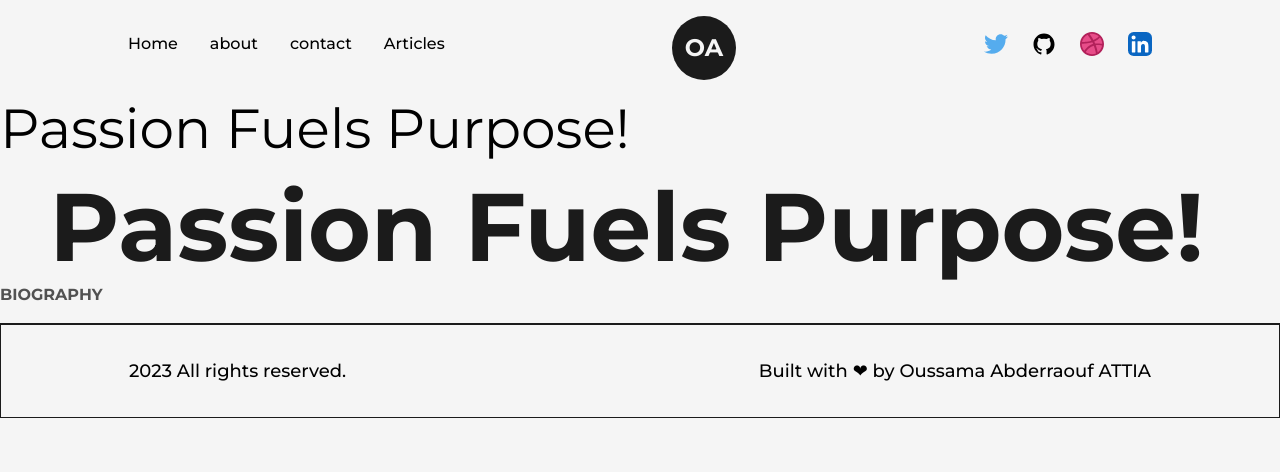
Repository: OussamaAbderraoufAttia/Next.js-Developer-Portfolio
Page: /About
These files come from the project's save history. The page is drawn as it stood at one moment and after the next save; the edit follows.
The browser window is 1280 px wide. The pictures show the whole page.
The project was rebuilt for these pictures with package versions that can differ from the ones it lists, and the page was loaded fresh each time. The framework's server and built-in components were replaced by stand-ins that run in the browser. Also part of the build but not shown: next.config.js.

Above is the page before, as saved 2023-06-27 16:44:09.

### src/pages/_app.js
import Footer from '@/components/Footer'
import NavBar from '@/components/NavBar'
import '@/styles/globals.css'
import { Montserrat } from 'next/font/google'
import Head from 'next/head'


const montserrat = Montserrat({
  subsets: ['latin'],
  variable: "--font-mont"
})
export default function App({ Component, pageProps }) {
  return (
    <>
    <Head>
      <meta name="viewport" content="width=device-width, initial-scale=1" />
      <link rel="icon" href="/favicon.ico" />
    </Head>
    <main className={`${montserrat.variable} font-mont bg-light w-full min-h-screen`}>
      <NavBar />
      <Component {...pageProps} />
      <Footer />
    </main>
    </>
  )
}

### src/pages/About.js
import React from 'react';
import Head from 'next/head';
import AnimatedText from '@/components/AnimatedText';
import Layout from '@/components/Layout';

const about = () => {
  return (
    <>
        <Head>
            <title>OA | About Page</title>
            <meta name='description' content='About Oussama Abderraouf ATTIA' />
        </Head>
        <main className='flex w-full flex-col item-center justify-center'>
            <Layout className='pt-16'>
                <h1 style={{
                    fontSize: '55px',
                }}>
                    Passion Fuels Purpose!
                </h1>
                <AnimatedText text='Passion Fuels Purpose!' />
                <div className='grid w-full grid-cols-8 gap-16'>
                    <div>
                        <h2 className='mb-4 text- font-bold uppercase text-dark/75'>
                            Biography
                        </h2>
                    </div>

                </div>
            </Layout>
        </main>
    </>
  )
}

export default about;

### src/components/Footer.js
import React from 'react';
import Link from 'next/link';
import Layout from './Layout';

const Footer = () => {
  return (
    <div>
      <footer className='w-full border-t-2 border border-solid  border-dark
      font-medium text-lg
      '>
        <Layout className=' py-8 flex items-center justify-between '>
        <span>
            2023 All rights reserved.
        </span>
        <div>
            <p  >
                Built with &#10084; by Oussama Abderraouf ATTIA
             </p>
        </div>

        </Layout>

      </footer>
    </div>
  )
}

export default Footer

### src/components/NavBar.js
import Link from "next/link";
import React from "react";
import { useRouter } from "next/router";
import Logo from "./Logo";
import   { TwitterIcon, DribbbleIcon, GithubIcon, LinkedInIcon, PinterestIcon } from "./Icons";
import { motion } from "framer-motion";

const CustomLink = ({ href, title, className="" }) => {
    const router = useRouter();
    return (
        <Link href={href} className= {`${className} relative group `}>
            {title }
            <span className={`h-[1px] inline-block bg-dark absolute left-0 bottom-0.5 group-hover:w-full
            transiion-[width] ease duration-300 ${router.asPath === href ? "w-full" : "w-0" }
            `}> &nbsp; </span>
        </Link>
    )
}


const NavBar = () => {
    return (
        <header className="w-full px-32 py-8 font-medium flex items-center justify-between">
            <nav>
                <CustomLink href="/"  title="Home" className="mr-4"/>
                <CustomLink href="/about" title="about" className="mx-4"/>
                <CustomLink href="/contact"  title="contact" className="mx-4"/>
                <CustomLink href="/Articles"  title="Articles" className="ml-4"/>
            </nav>

            <nav className="flex item-center justify-center flex-wrap">
                <motion.a href="https://twitter.com/oussamaattia245" target={"_blank"}
                whileHover={{ y:-5  }}
                whileTap={{ scale: 0.9 }}
                className="w-6 mx-3"
                >
                    <TwitterIcon />
                 </motion.a>
                <motion.a href="https://github.com/OussamaAbderraoufAttia" target={"_blank"}
                whileHover={{ y:-5  }} whileTap={{ scale: 0.9 }}
                className="w-6 mx-3"
                > <GithubIcon /> </motion.a>
                <motion.a href="https://dribbble.com/JohnLoyd" target={"_blank"}
                whileHover={{ y:-5  }} whileTap={{ scale: 0.9 }}
                className="w-6 mx-3"
                > <DribbbleIcon /> </motion.a>
                <motion.a href="https://www.linkedin.com/in/oussama-abderraouf-attia-494b32225/" target={"_blank"}
                whileHover={{ y:-5  }} whileTap={{ scale: 0.9 }}
                className="w-6 ml-3"
                > <LinkedInIcon /> </motion.a>

            </nav>
            <div className="absolute left-[50%] top-2    translate-x-[50%]">
                 <Logo />
            </div>
        </header>
    )
}

export default NavBar;

### src/components/AnimatedText.js
import React from 'react';
import { motion } from 'framer-motion';

const quote = {
    initial:{
        opacity:0,
    },
    animate:{
        opacity:1,
        transition:{
            delay:0.5,
            staggerChildren: 0.08,
        }
    }
}
const singleWord  = {
    initial:{
        opacity:0,
        y: 50,
    },
    animate:{
        opacity:1,
        y:0,
        transition:{
            duration: 1,
        }
    }
}
const AnimatedText = ({ text, className = "" }) => {
  return (
    <div className='w-full mx-auto py-2 flex items-center justify-center text-center overflow-hidden'>
      <motion.h1 className={`inline-block text-dark font-bold capitalize text-8xl ${className}`}
      variants={quote}
      inherit='initial'
      animate='animate'
      >
        {text.split(" ").map((word, index) =>
          <span key={word + '-' + index} className='inline-block '
          variants={singleWord}
            inherit='initial'
            animate='animate'
          >
            {word}&nbsp;
          </span>
        )}
      </motion.h1>
    </div>
  );
};

export default AnimatedText;

### src/components/Layout.js
import React from 'react';

const Layout = ({ children, className = "" }) => {
  return (
    <div className={`  w-full h-full inline-block z-0 bg-light p-32${className}`}>
      {children}
    </div>
  );
};

export default Layout;

### src/components/Logo.js
import React from "react";
import Link from "next/link";
import { motion } from "framer-motion";



const MotionLink = motion(Link);
const Logo = () => {
  return (
    <div className="flex items-center justify-center mt-2">
      <MotionLink
        href="/"
        className="w-16 h-16 bg-dark text-light flex items-center justify-center rounded-full font-bold text-2xl"
        whileHover={{
            backgroundColor:["#121212", "rgba(131,58,180,1)","rgba(253,29,29,1)","rgba(252,176,69,1)","rgba(131,58,180,1)", "#121212"],
          transition: {
            duration: 1,
            repeat: Infinity,
          },
        }}
      >
        OA
      </MotionLink>
    </div>
  );
};

export default Logo;

### tailwind.config.js
/** @type {import('tailwindcss').Config} */
const {fontFamily} = require('tailwindcss/defaultTheme')

module.exports = {
  content: [
    // Or if using `src` directory:
    "./src/**/*.{js,ts,jsx,tsx,mdx}",
  ],
  theme: {
    extend: {
      fontFamily: {
        mont: ['var(--font-mont)', 'sans-serif'],
      },
        colors: {
          dark: "#1b1b1b",
          light: "#f5f5f5",
          primary: "#B63E96", // 240,86,199
          primaryDark: "#58E6D9", // 80,230,217
      },
      animation: {
        'spin-slow': 'spin 8s linear infinite',
      },
    },
  },
  plugins: [],
}

Loaded but not shown: src/pages/_document.js (common file); src/styles/globals.css (common file); src/components/Icons.js (484 lines, source omitted)

After the next save:
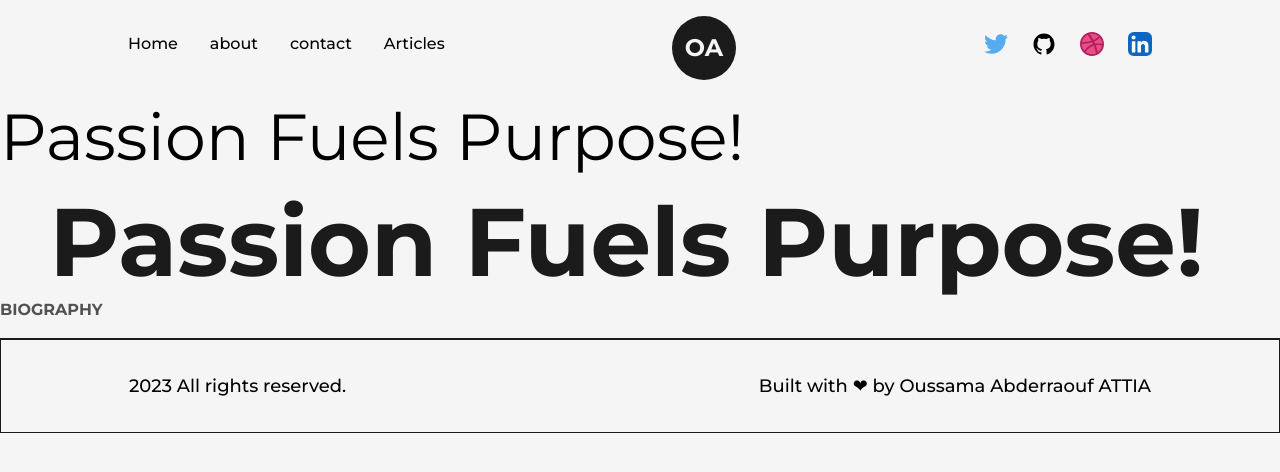
Saved 4 s later.
--- a/src/pages/About.js
+++ b/src/pages/About.js
@@ -13,7 +13,7 @@
         <main className='flex w-full flex-col item-center justify-center'>
             <Layout className='pt-16'>
                 <h1 style={{
-                    fontSize: '55px',
+                    fontSize: '65px',
                 }}>
                     Passion Fuels Purpose!
                 </h1>
